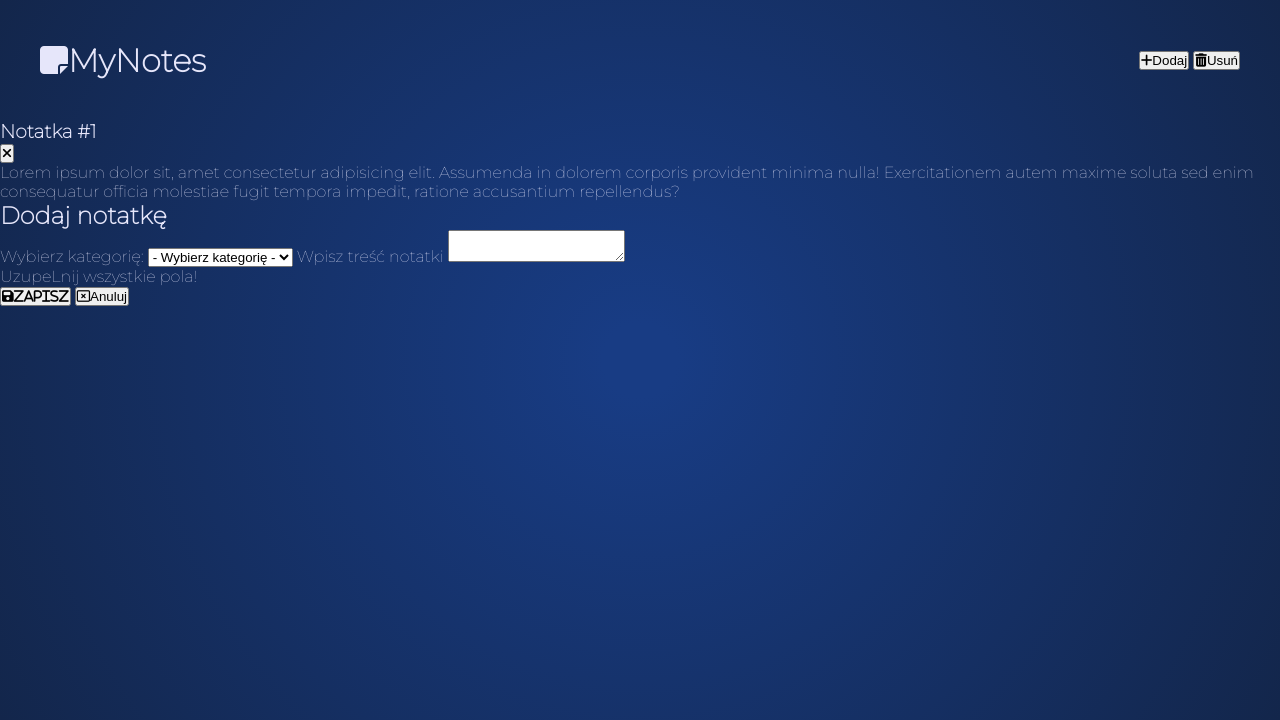
Repository: KrzysKolo/Projekt-7_Notes
Page: js/index.html
These files come from the project's save history. The page is drawn as it stood at one moment and after the next save; the edit follows.
The browser window is 1280 px wide. The pictures show the whole page.
Some web libraries are served in a nearby version.

Above is the page before, as saved 2020-07-07 13:38:27.
Console error: SyntaxError: Unexpected token '<'

### js/index.html
<!DOCTYPE html>
<html lang="en">
  <head>
    <meta charset="UTF-8" />
    <meta name="viewport" content="width=device-width, initial-scale=1.0" />
    <title>projekt 6 - My notes</title>
    <script
      src="https://kit.fontawesome.com/21efeaf281.js"
      crossorigin="anonymous"
    ></script>
    <link
      href="https://fonts.googleapis.com/css2?family=Montserrat:wght@100&display=swap"
      rel="stylesheet"
    />
    <link rel="stylesheet" href="./../css/style.css" />
  </head>
  <body>
    <div class="menu">
      <h1><i class="fas fa-sticky-note"></i>MyNotes</h1>
      <div class="menu-buttons">
        <button class="add icon"><i class="fas fa-plus"></i>Dodaj</button>
        <button class="delete-all icon">
          <i class="fas fa-trash-alt"></i>Usuń
        </button>
      </div>
    </div>

    <div class="note-area">
      <div class="note">
        <div class="note-header">
          <h3 class="note-title">Notatka #1</h3>
          <button class="delete-note"><i class="fas fa-times icon"></i></button>
        </div>

        <div class="note-body">
          Lorem ipsum dolor sit, amet consectetur adipisicing elit. Assumenda in
          dolorem corporis provident minima nulla! Exercitationem autem maxime
          soluta sed enim consequatur officia molestiae fugit tempora impedit,
          ratione accusantium repellendus?
        </div>
      </div>
    </div>

    <div class="note-panel">
      <h2>Dodaj notatkę</h2>
      <label for="category">Wybierz kategorię: </label>
      <select id="category">
        <option value="0" disabled selected>- Wybierz kategorię -</option>
        <option value="1">Praca</option>
        <option value="2">Dom</option>
        <option value="3">Zakupy</option>
        <option value="4">Inne</option>
      </select>

      <label for="text">Wpisz treść notatki</label>
      <textarea id="text"></textarea>

      <p class="error">UzupeLnij wszystkie pola!</p>
      <div class="panel-buttons">
        <button class="save icon"><i class="fas fa-save">Zapisz</i></button>
        <button class="cancel icon">
          <i class="far fa-window-close"></i>Anuluj
        </button>
      </div>
    </div>
    <script src="./../js/index.html"></script>
  </body>
</html>

### css/style.css
* {
  box-sizing: border-box;
  padding: 0;
  margin: 0;
}
body {
  height: 100vh;
  font-family: "Montserrat", sans-serif;
  background-image: radial-gradient(
    circle,
    rgba(24, 60, 132, 1) 5%,
    rgba(19, 38, 75, 1) 100%
  );
  color: lavender;
}
.menu {
  display: flex;
  justify-content: space-between;
  align-items: center;
  padding: 40px;
  height: 120px;
}

After the next save:
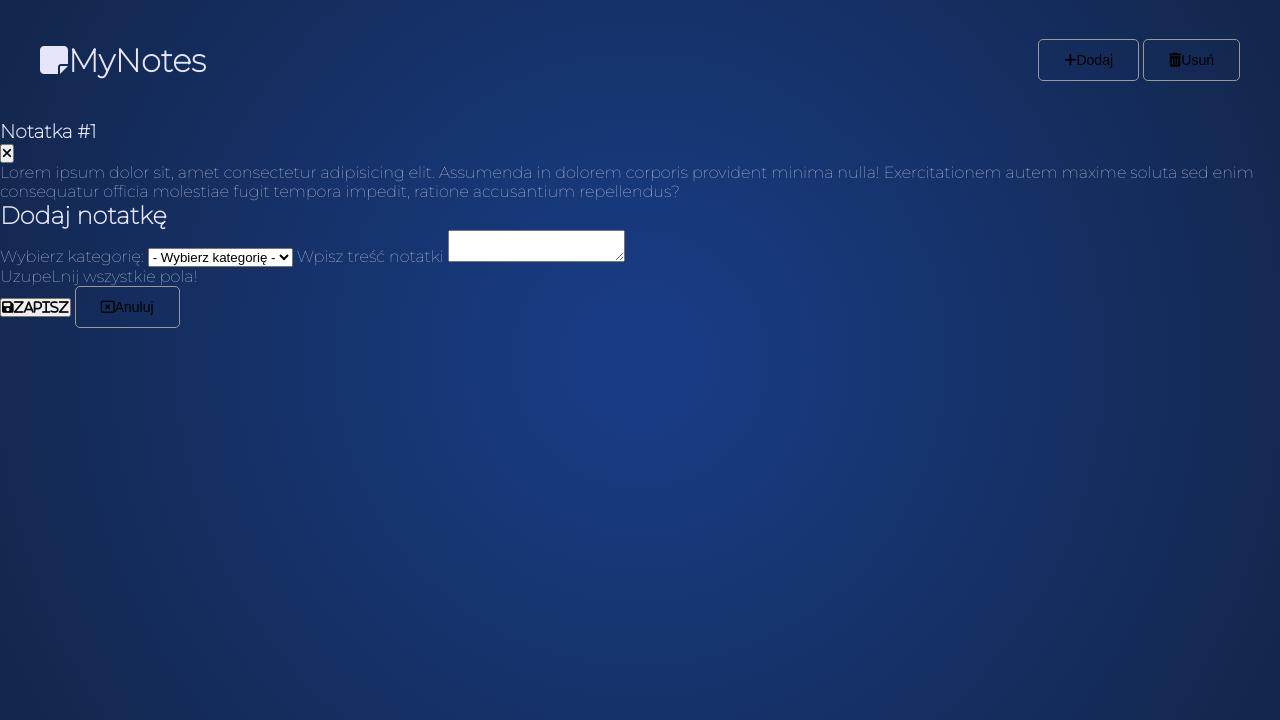
Saved 2 min 59 s later.
--- a/css/style.css
+++ b/css/style.css
@@ -20,3 +20,12 @@ body {
   padding: 40px;
   height: 120px;
 }
+.menu button,
+.note-panel .sabe,
+.note-panel .cancel {
+  padding: 12px 25px;
+  background: none;
+  border: 1px solid #999;
+  border-radius: 5px;
+  font-size: 14px;
+}
